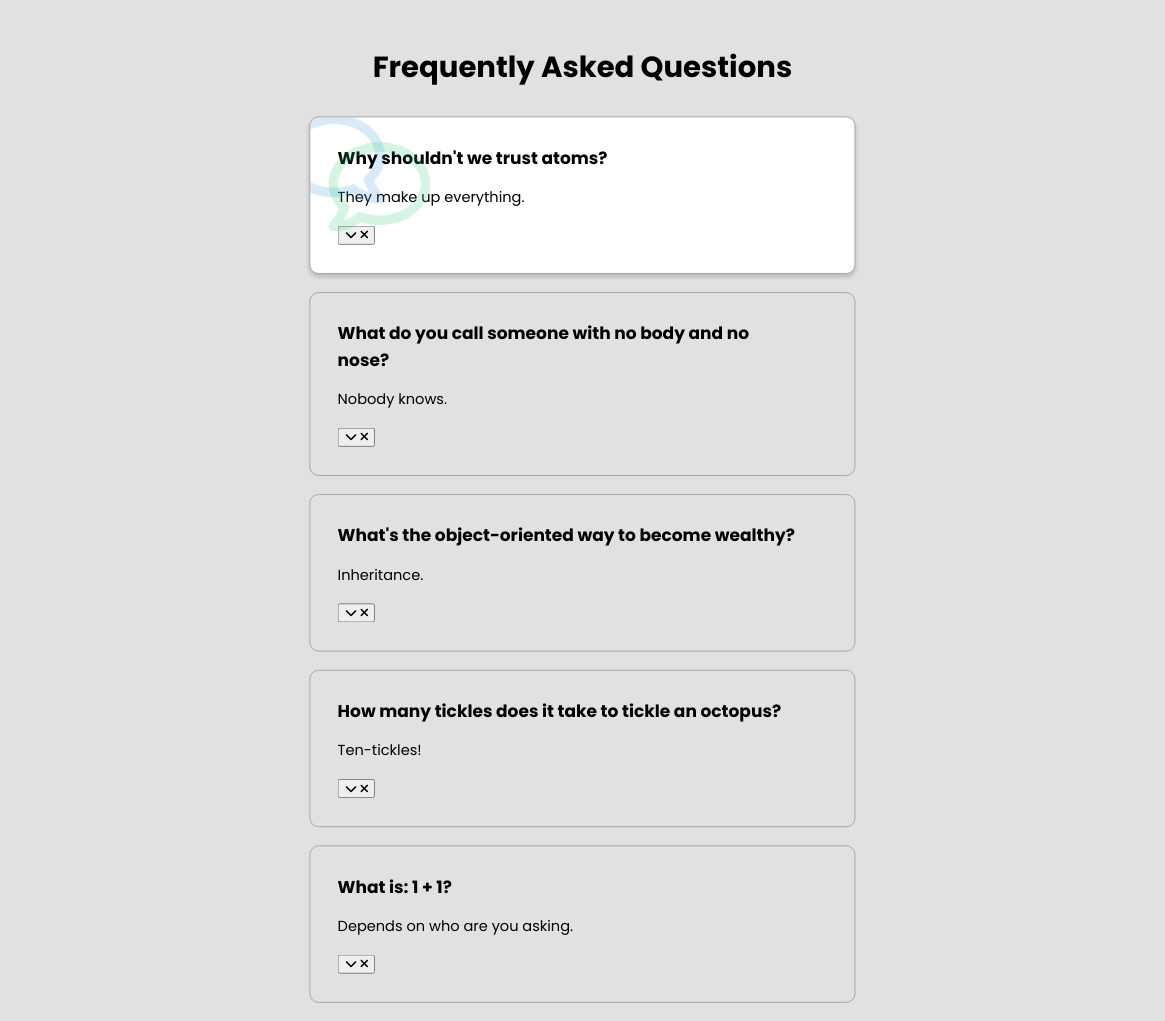
Repository: huynhvanngoan/50projectsin50days
Page: Day12/index.html
These files come from the project's save history. The page is drawn as it stood at one moment and after a run of saves; the edit follows.
The browser window is 1280 px wide. The pictures show the whole page, at 91% of full size.

Above is the page before, as saved 2022-11-14 23:16:09.

### Day12/index.html
<!DOCTYPE html>
<html lang="en">
<head>
    <meta charset="UTF-8">
    <meta http-equiv="X-UA-Compatible" content="IE=edge">
    <meta name="viewport" content="width=device-width, initial-scale=1.0">
    <title>Day 12 - FAQ Collapse</title>
    <link rel="stylesheet" href="https://cdnjs.cloudflare.com/ajax/libs/font-awesome/6.2.0/css/all.min.css"
        integrity="sha512-xh6O/CkQoPOWDdYTDqeRdPCVd1SpvCA9XXcUnZS2FmJNp1coAFzvtCN9BmamE+4aHK8yyUHUSCcJHgXloTyT2A=="
        crossorigin="anonymous" referrerpolicy="no-referrer" />
    <link rel="stylesheet" href="style.css">
</head>
<body>
    <h1>Frequently Asked Questions</h1>
    <div class="faq-container">
        <div class="faq active">
            <h3 class="faq-title">
                Why shouldn't we trust atoms?
            </h3>
            <p class="faq-text">
                They make up everything.
            </p>
            <button class = "faq-toggle">
                <i class="fas fa-chevron-down"></i>
                <i class="fas fa-times"></i>
            </button>
        </div>
        <div class="faq ">
            <h3 class="faq-title">
                What do you call someone with no body and no nose?
            </h3>
            <p class="faq-text">
                Nobody knows.
            </p>
            <button class = "faq-toggle">
                <i class="fas fa-chevron-down"></i>
                <i class="fas fa-times"></i>
            </button>
        </div>
        <div class="faq ">
            <h3 class="faq-title">
                What's the object-oriented way to become wealthy?
            </h3>
            <p class="faq-text">
                Inheritance.
            </p>
            <button class = "faq-toggle">
                <i class="fas fa-chevron-down"></i>
                <i class="fas fa-times"></i>
            </button>
        </div>
        <div class="faq ">
            <h3 class="faq-title">
                How many tickles does it take to tickle an octopus?
            </h3>
            <p class="faq-text">
                Ten-tickles!
            </p>
            <button class = "faq-toggle">
                <i class="fas fa-chevron-down"></i>
                <i class="fas fa-times"></i>
            </button>
        </div>
        <div class="faq ">
            <h3 class="faq-title">
                What is: 1 + 1?
            </h3>
            <p class="faq-text">
                Depends on who are you asking.
            </p>
            <button class = "faq-toggle">
                <i class="fas fa-chevron-down"></i>
                <i class="fas fa-times"></i>
            </button>
        </div>
    </div>
    <script src="script.js"></script>
</body>
</html>

### Day12/style.css
@import url('https://fonts.googleapis.com/css2?family=Poppins:wght@300;400;500;600;700&display=swap');
* {
    box-sizing: border-box;
}

body {
    font-family: 'Poppins', sans-serif;
    background-color: #e1e1e1;
}

h1{
    margin: 50px 0 30px;
    text-align: center;
}
.faq-container {
    max-width: 600px;
    margin: 0 auto;
}
.faq {
    background-color: transparent;
    border: 1px solid #9fa4a8;
    border-radius: 10px;
    margin: 20px 0;
    padding: 30px;
    position: relative;
    overflow: hidden;
    transition: 0.3s ease;
}
.faq.active {
    background-color: #fff;
    box-shadow: 0 3px 6px rgba(0, 0, 0, 0.1), 0 3px 6px rgba(0, 0, 0, 0.1);
}

.faq.active::before,
.faq.active::after {
    content: '\f075';
    font-family: 'Font Awesome 6 Free';
    color: #2ecc71;
    font-size: 7rem;
    position: absolute;
    opacity: 0.2;
    top: 20px;
    left: 20px;
    z-index: 0;
}
.faq.active::before{
    color: #3498db;
    top: -10px;
    left: -30px;
    transform: rotateY(180deg);
}
.faq-title {
    margin: 0 35px 0 0;
}
.faq-text {

}

Loaded but not shown: Day12/script.js (no copy from this time; the picture is the same without it)

After the next 3 saves:
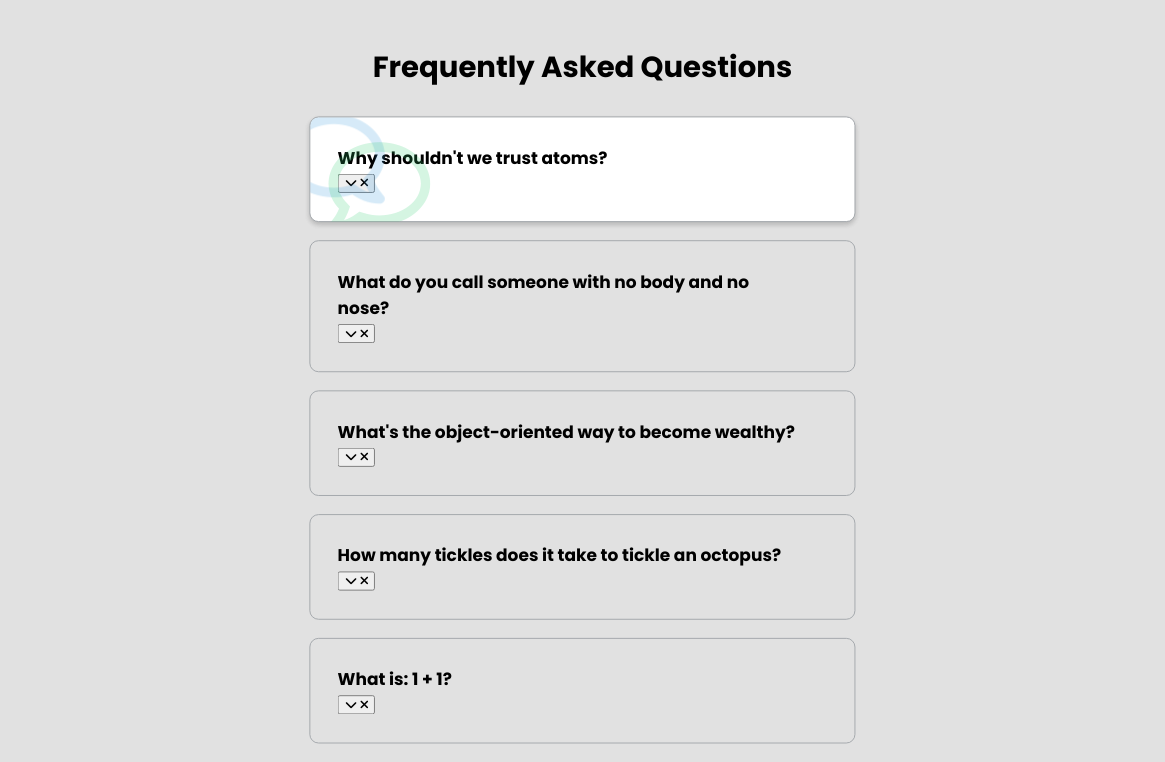
The 3 saves are shown as one change because they came seconds apart.
The last was saved 11 s later.
--- a/Day12/style.css
+++ b/Day12/style.css
@@ -53,5 +53,6 @@ h1{
     margin: 0 35px 0 0;
 }
 .faq-text {
-
+    display: none;
+    margin: ;
 }
